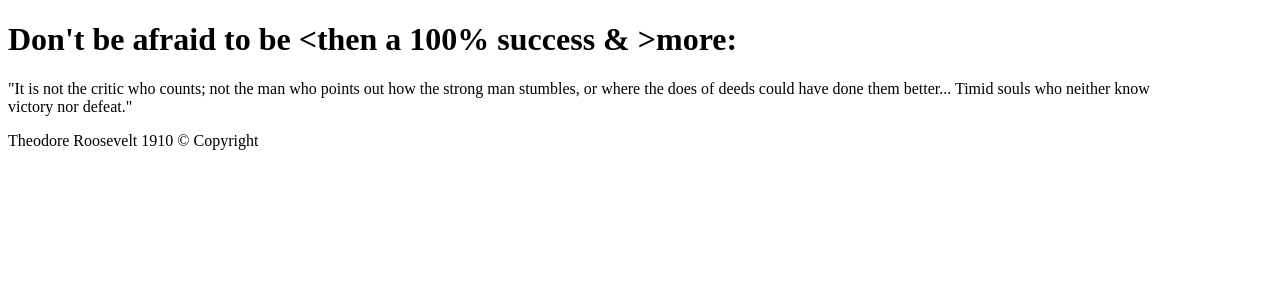
Repository: Koniya/my-coding-practices
Page: entities.html
The author's editor kept a copy of each file at every save. The page is drawn from the files as they stood at one save, then again after the next save.
The browser window is 1280 px wide. The pictures show the whole page.

Above is the page before, as saved 2024-01-27 16:27:49.

After the next save:
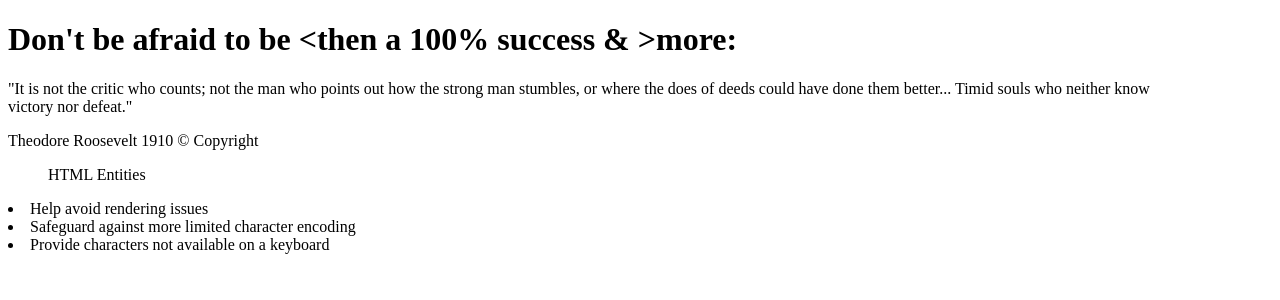
Saved 2 min 52 s later.
--- a/entities.html
+++ b/entities.html
@@ -11,5 +11,12 @@
 
 </p>
 <p> Theodore Roosevelt 1910 &copy; Copyright</p>
+<div>
+    <ul>HTML Entities</ul>
+    <li> Help avoid rendering issues</li>
+    <li> Safeguard against more limited character encoding</li>
+    <li>Provide characters not available on a keyboard</li>
+
+</div>
 </body>
 </html>
